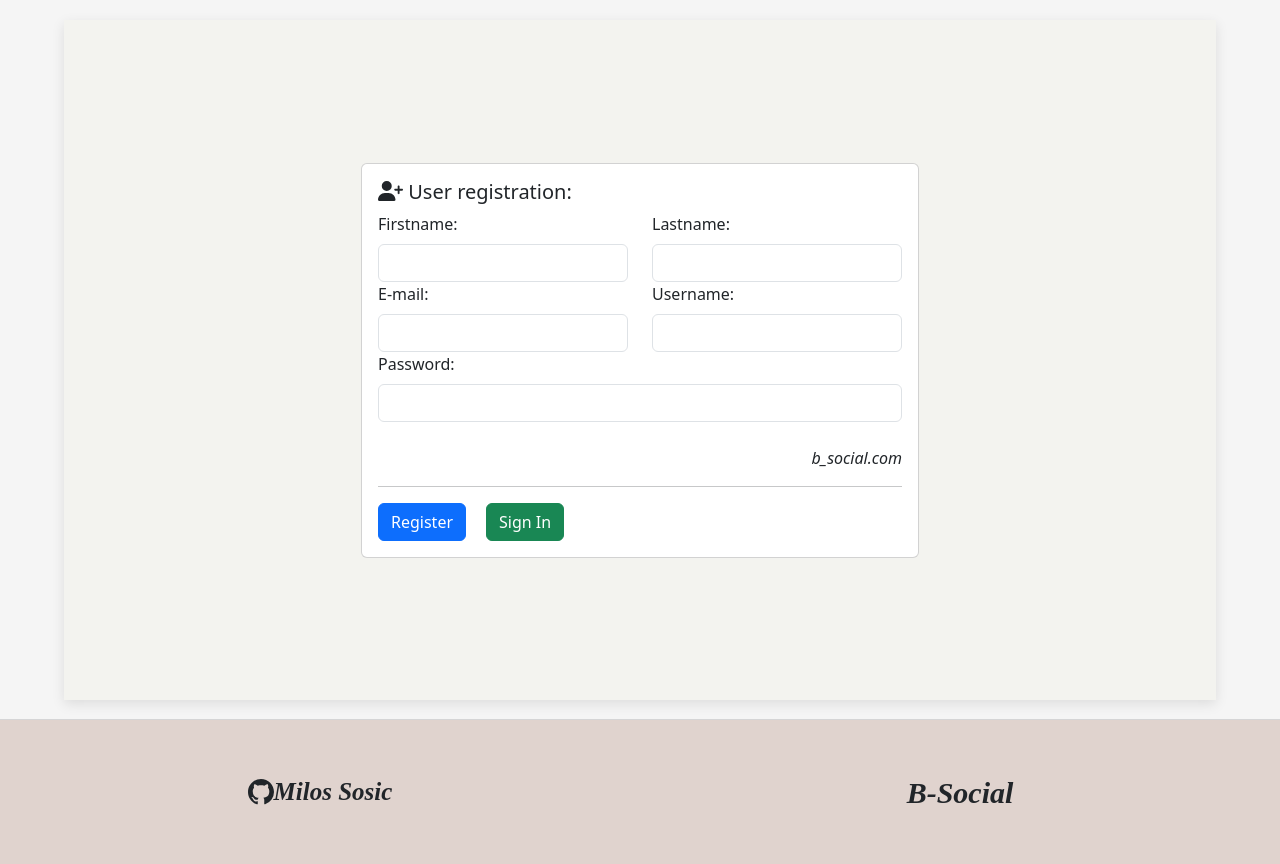
Repository: mcedo1/b-Social-app
Page: /reg
An editor plug-in stored every save of this project. The page is shown before and after a run of saves, followed by the edit.
The browser window is 1280 px wide. The pictures show the whole page.
The project was rebuilt for these pictures with package versions that can differ from the ones it lists, and the page was loaded fresh each time. Also part of the build but not shown: src/config/apiconfig.js, src/API/Api.js, src/components/log.reg.component/Login.js, src/components/main.page.component/MainPage.css, src/components/main.page.component/sideBar.js, src/components/submain.component/Submain.css, src/components/submain.component/Comment.js, src/components/submain.component/Modal.js and 5 more.

Above is the page before, as saved 2024-02-03 10:21:34.

After the next 5 saves:
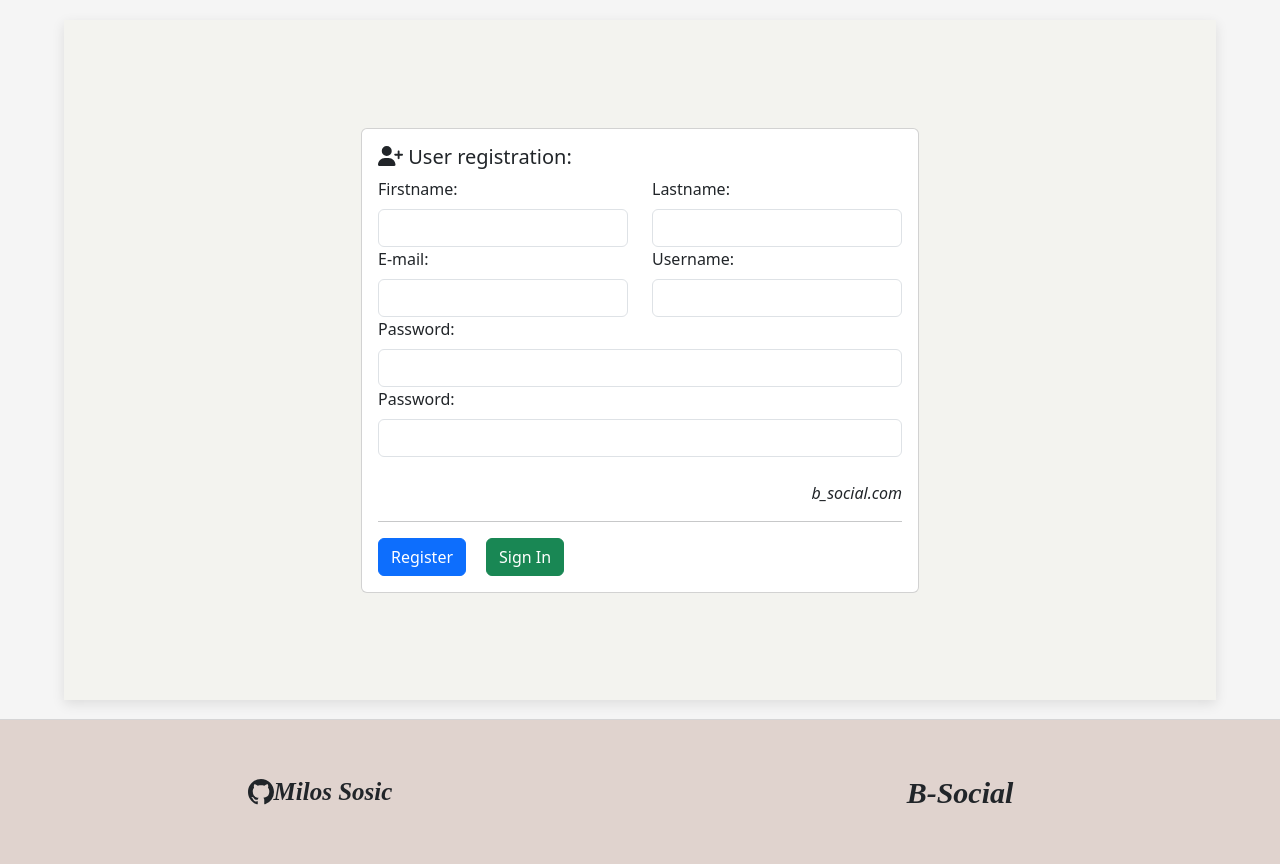
The 5 saves are shown as one change because they came seconds apart.
The last was saved 2 min 10 s later.
--- a/src/components/log.reg.component/Registration.js
+++ b/src/components/log.reg.component/Registration.js
@@ -65,6 +65,8 @@ function Registration() {
                                 <Form.Group>
                                     <Form.Label htmlFor="password">Password:</Form.Label>
                                     <Form.Control type='password' id="password" value={user.password} onChange={e=> setUser({...user, password:e.target.value})}/>
+                                    <Form.Label htmlFor="password">Password:</Form.Label>
+                                    <Form.Control type='password' id="password" value={user.password} onChange={e=> setUser({...user, password:e.target.value})}/>
                                 </Form.Group>
 
                                 <br />
